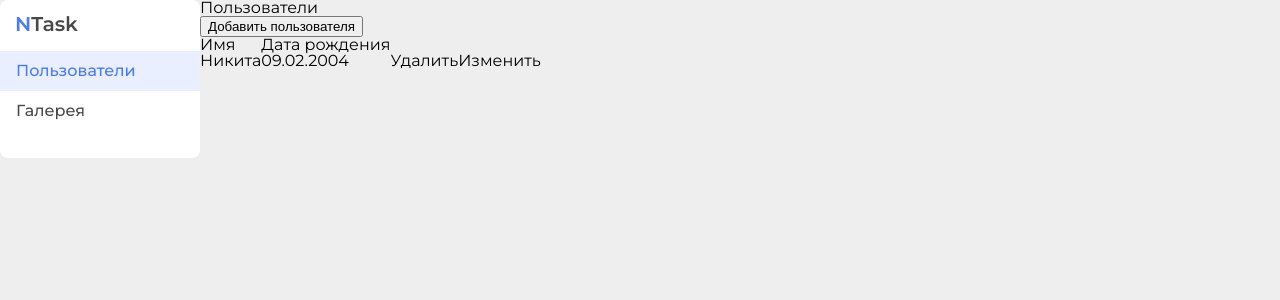
Repository: Grid-Master/NTask
Page: /
The author's editor kept a copy of each file at every save. The page is drawn from the files as they stood at one save, then again after the next save.
The browser window is 1280 px wide. The pictures show the whole page.
The project was rebuilt for these pictures with package versions that can differ from the ones it lists, and the page was loaded fresh each time. Also part of the build but not shown: src/components/userList/userList.sass.

Above is the page before, as saved 2023-06-04 19:13:39.

After the next save:
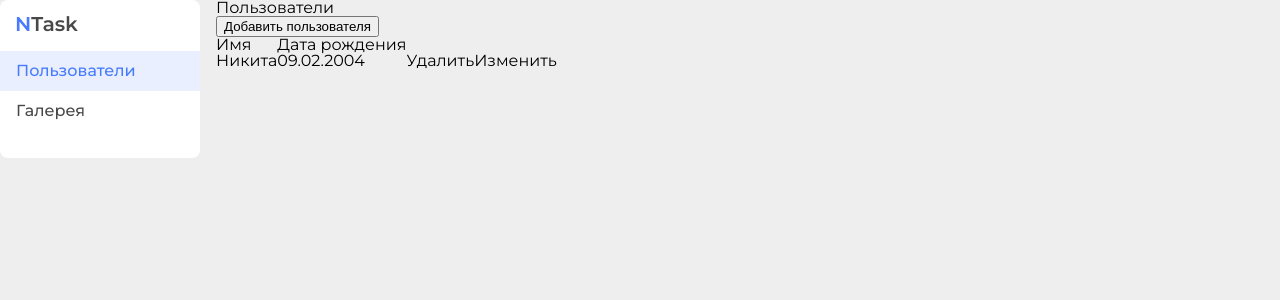
Saved 39 s later.
--- a/src/App.css
+++ b/src/App.css
@@ -1,4 +1,5 @@
 .App {
   display: flex;
-  align-items:start
+  align-items:start;
+  gap: 16px;
 }
